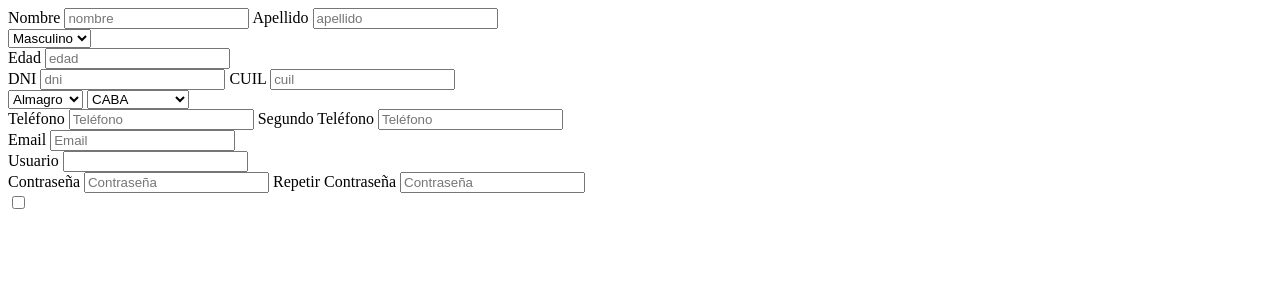
Repository: oskiman18/TP-Final
Page: http://localhost/Tp_integrador_grupo_2/perfil.jsp
The author's editor kept a copy of each file at every save. The page is drawn from the files as they stood at one save, then again after the next save.
The browser window is 1280 px wide. The pictures show the whole page.
The page is served by Tomcat 9.

Above is the page before, as saved 2021-06-23 16:30:08.

After the next save:
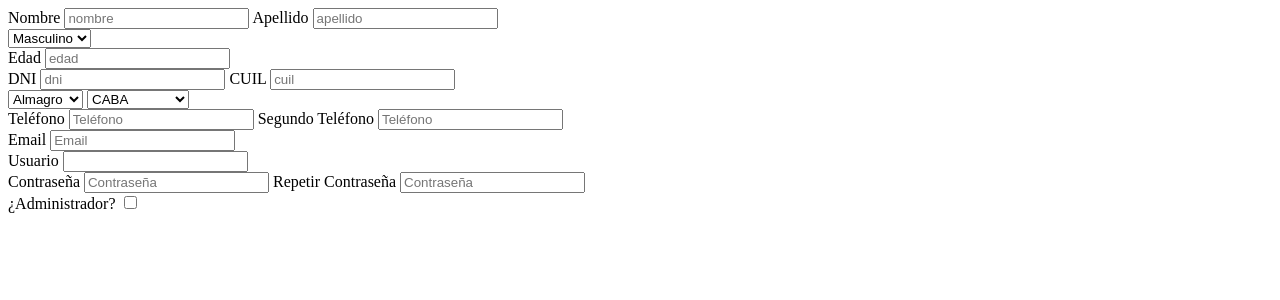
Saved 43 s later.
--- a/Tp_integrador_grupo_2/src/main/webapp/perfil.jsp
+++ b/Tp_integrador_grupo_2/src/main/webapp/perfil.jsp
@@ -76,7 +76,8 @@
 			<input name='pass2' type='password' placeholder='Contraseña'>
 		</div>
 
-		<input type='checkbox' value='admin'>
+		<label for='Administrador'>¿Administrador?</label>
+		<input type='checkbox' name='Administrador'>
 
 		</form>
 	</body>
